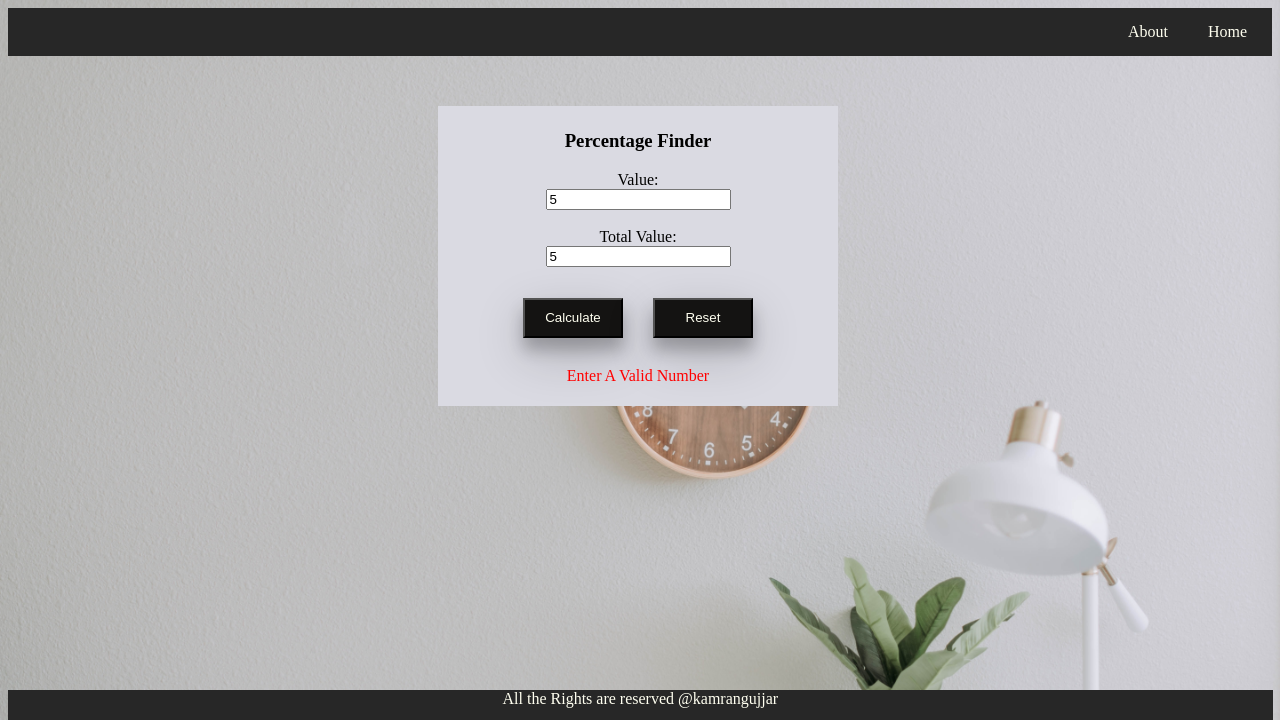
Repository: Kamrangujjar85112/Length-Converter
Page: html/percentage.html
An editor plug-in stored every save of this project. The page is shown before and after the next save, followed by the edit.
The browser window is 1280 px wide. The pictures show the whole page.
Empty fields were first filled with sample values (such as "Sample", 5 or name@example.com).
After loading, the first visible `#convert` was clicked once.

Above is the page before, as saved 2022-01-27 03:27:29.
Console error: TypeError: Cannot read properties of null (reading 'value')

After the next save:
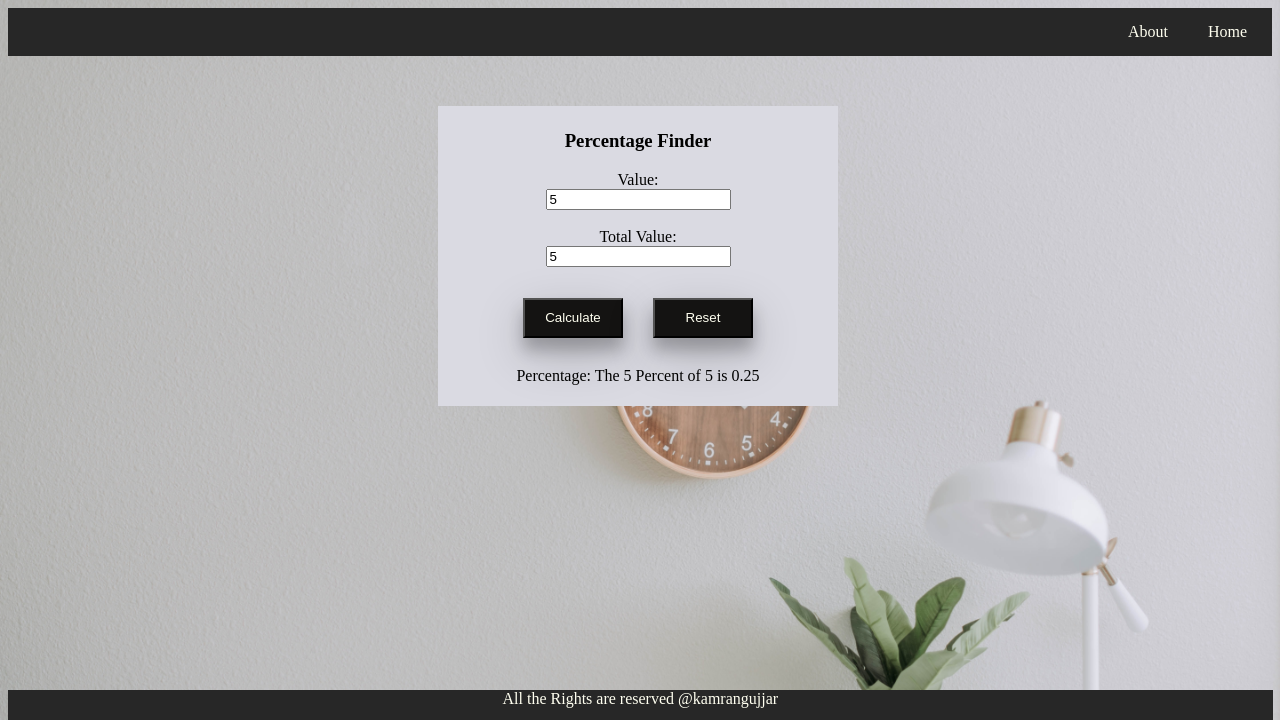
The error is gone.
Saved 59 min 8 s later.
--- a/js/converter.js
+++ b/js/converter.js
@@ -66,8 +66,7 @@ if(inputMToCm?.value > 0){
     document.getElementById('errorp').innerHTML =  '<span style="color:red;">Enter A Valid Number</span>';
 }
     // kilometers To meters
-if(inputKmToM.value > 0){
-    console.log(document.getElementById('kmToM'));
+if(inputKmToM?.value > 0){
     const M1 = inputKmToM?.value * 1000;
     document.getElementById('resultp').style.display ='block';
     document.getElementById('errorp').style.display ='none';
